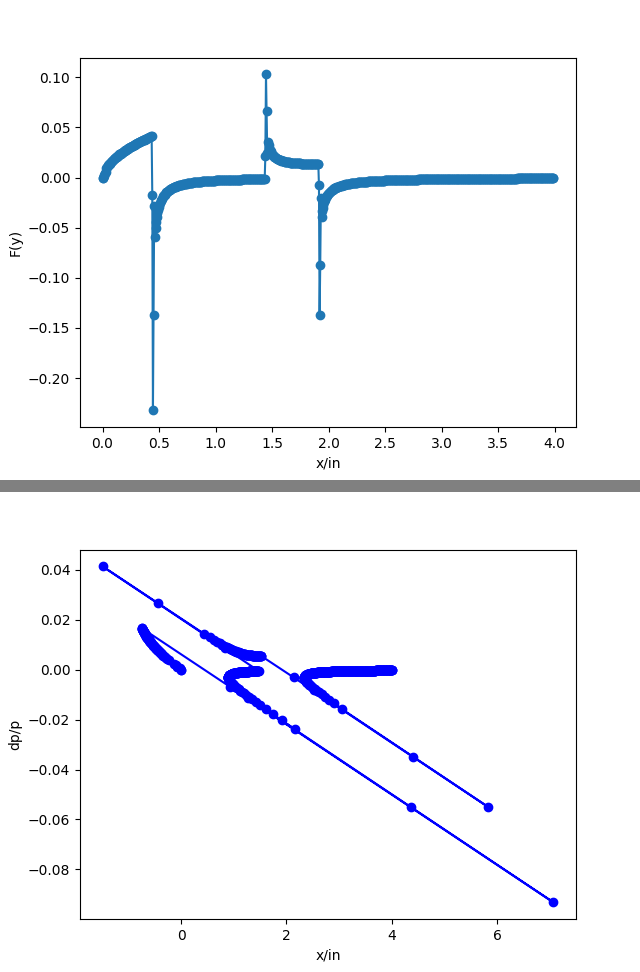
Repository: leiradom/Modified-linear-theory
Script's output: python Ffunction.py
The author's editor kept a copy of each file at every save. The script's output is drawn from the files as they stood at one save, then again after the next save.
Each picture stacks the figures in order, with grey between them; figures that are only written to a file come last. Random numbers start from a fixed seed.

Above is the script's output before, as saved 2021-04-17 23:27:14.

After the next save:
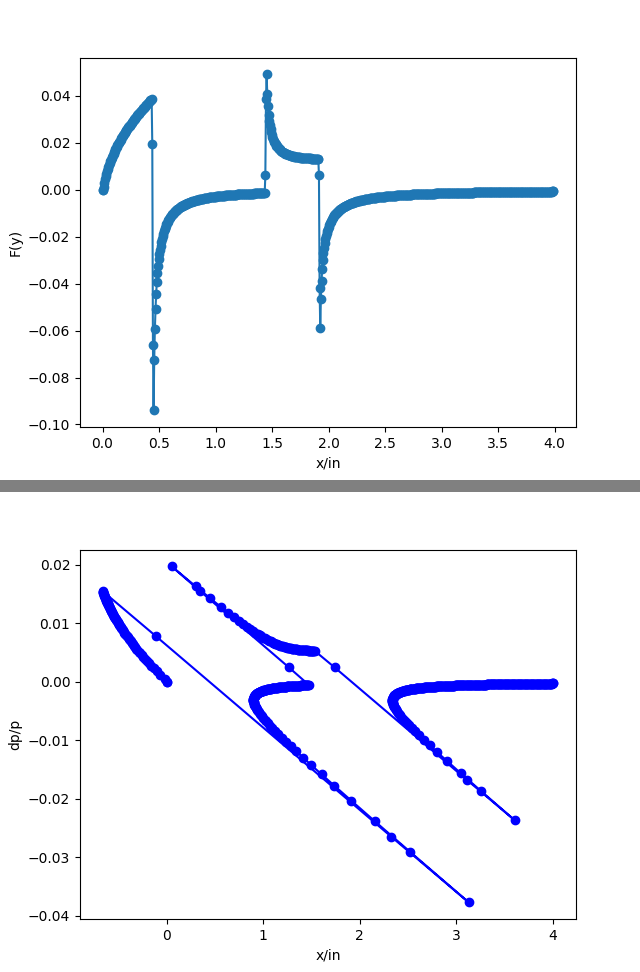
Saved 58 s later.
--- a/Ffunction.py
+++ b/Ffunction.py
@@ -51,22 +51,20 @@ F[0] = 0.0         #强制F的第一个值为0
 for i in range(1,a):
     #----内层积分，积到x----#
     s = 0
-    A = np.zeros(i)
-    for j in range(0,i):
-        if (j < i-1):
-            A[j] = (Y[j+1] * (1 / math.sqrt(X[i]-X[j+1])) + Y[j] * (1 / math.sqrt(X[i]-X[j]))) \
-            * (X[j + 1] - X[j]) / (2)
-            s = A[j] + s
-        if((j == i-1)and(i>5)):
-            s = s + 2 * A[i-2] - A[i-3]
+    for j in range(0,i-1):
+        s0 = (Y[j+1] * (1 / math.sqrt(X[i]-X[j+1])) + Y[j] * (1 / math.sqrt(X[i]-X[j]))) \
+        * (X[j + 1] - X[j]) / (2)
+        s = s0 + s
     #------------------#
     F[i] = (1/(2 * math.pi)) * s
     #求dp/p的值
     delta_P[i] = con * F[i]
     #扭曲后的x的值为x1
     X1[i] = (B * r0 - k * F[i] * math.sqrt(r0) + X[i])
-    #print(X[i],F[i])
+    print(X[i],F[i])
     #print(X1[i]-B * r0,delta_P[i])
+    #------------------#
+
 
 
 #将计算结果输出
